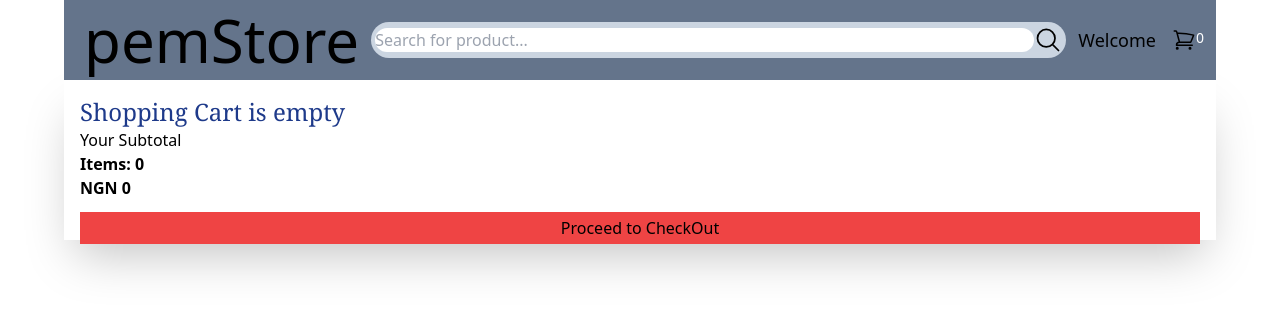
Repository: Semanmernstack/pemstore
Page: /checkout
An editor plug-in stored every save of this project. The page is shown before and after the next save, followed by the edit.
The browser window is 1280 px wide. The pictures show the whole page.
The page's requests for data from a server got no answer. The project was rebuilt for these pictures with package versions that can differ from the ones it lists, and the page was loaded fresh each time. The framework's server and built-in components were replaced by stand-ins that run in the browser. No one was signed in, and anything a server would have sent is missing. Also part of the build but not shown: next.config.js, components/CheckoutProduct.js.

Above is the page before, as saved 2022-11-06 05:55:31.

After the next save:
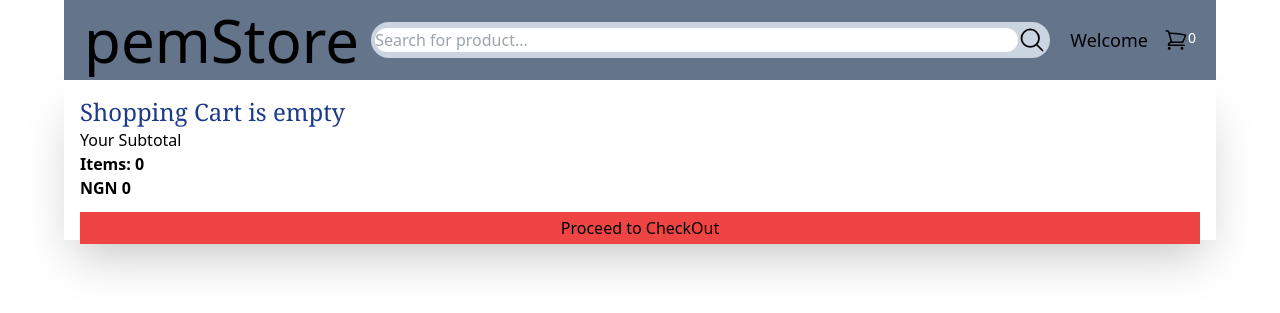
Saved 56 s later.
--- a/components/Header.js
+++ b/components/Header.js
@@ -20,7 +20,7 @@ function Header() {
                   <path strokeLinecap="round" strokeLinejoin="round" d="M21 21l-5.197-5.197m0 0A7.5 7.5 0 105.196 5.196a7.5 7.5 0 0010.607 10.607z" />
               </svg>
           </div>
-          <div className="flex items-center   lg:text-2xl">
+          <div className="flex items-center  m-2 lg:text-2xl">
           <div  onClick={!session ? signIn : signOut} className="flex items-center cursor-pointer text-sm md:text-lg mx-3">
 
               <p className="mr-1"> Welcome</p>
